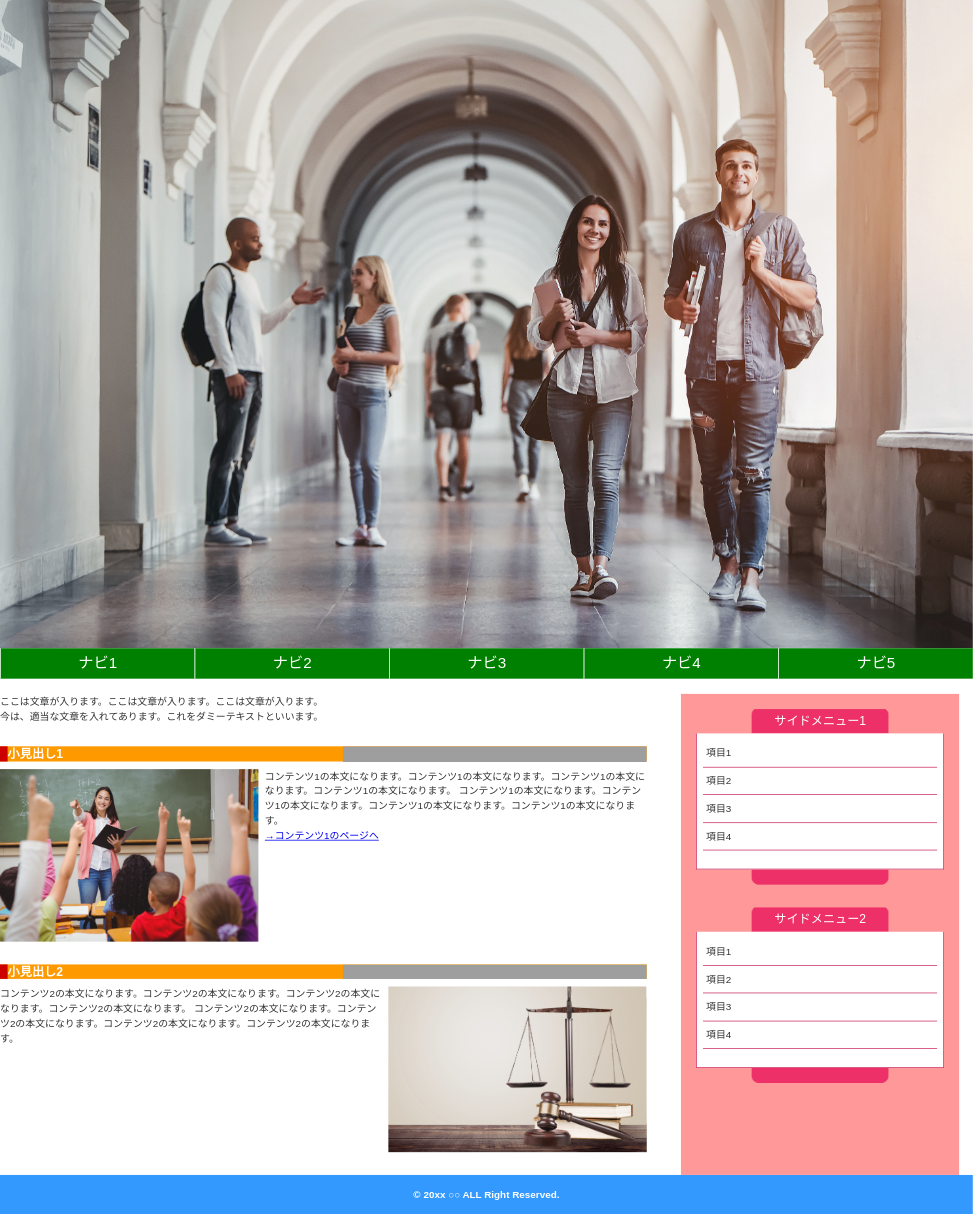
Repository: shirataku0805/samurai_HTML_CSS
Page: samurai/index.html
The author's editor kept a record of every edit. The page is drawn from the files as they stood at one moment, then again after the next edit.
The browser window is 1280 px wide. The pictures show the whole page, at 76% of full size.
Pictures or frames that could not be fetched are drawn as grey boxes.

Above is the page before.

### samurai/index.html
<DOCTYPE html>
<html lang="ja">
  <head>
    <meta charset="UTF-8">
    <title>HTML/CSSの学習</title>
    <link rel="stylesheet" href="stylesheet.css">
  </head>
  <body>
    <div id="header">
      <h1><a href="index.html"><img id="corridor" src="images/corridor.jpg" alt="大学の廊下" /></a></h1>
    </div>
    <div id="wrapper">
      <div id="nav">
        <ul>
          <li><a href="home.html">ナビ1</a></li>
          <li><a href="#">ナビ2</a></li>
          <li><a href="#">ナビ3</a></li>
          <li><a href="#">ナビ4</a></li>
          <li><a href="#">ナビ5</a></li>
        </ul>
      </div>
      <div id="container">
        <div id="main">
          <div class="post">
            <p>ここは文章が入ります。ここは文章が入ります。ここは文章が入ります。<br />今は、適当な文章を入れてあります。これをダミーテキストといいます。</p>
          </div>
          <div class="post clearfix">
            <h2>小見出し1</h2>
            <img class="left" src="images/classroom.jpg" alt="授業風景"/>
            <p>
              コンテンツ1の本文になります。コンテンツ1の本文になります。コンテンツ1の本文になります。コンテンツ1の本文になります。
              コンテンツ1の本文になります。コンテンツ1の本文になります。コンテンツ1の本文になります。コンテンツ1の本文になります。
            </p>
            <p><a href="#">→コンテンツ1のページへ</a></p>
          </div>
        <div class="post clearfix">
          <h2>小見出し2</h2>
          <img class="right" src="images/scale.jpg" alt="天秤" />
          <p>
            コンテンツ2の本文になります。コンテンツ2の本文になります。コンテンツ2の本文になります。コンテンツ2の本文になります。
            コンテンツ2の本文になります。コンテンツ2の本文になります。コンテンツ2の本文になります。コンテンツ2の本文になります。
          </p>
        </div>
      </div>
      <div id="side">
         <div class="box">
          <h2>サイドメニュー1</h2>
          <div class="boxBody">
            <ul>
              <li>項目1</li>
              <li>項目2</li>
              <li>項目3</li>
              <li>項目4</li>
            </ul>
          </div>
        </div>
        <div class="box">
          <h2>サイドメニュー2</h2>
          <div class="boxBody">
            <ul>
              <li>項目1</li>
              <li>項目2</li>
              <li>項目3</li>
              <li>項目4</li>
            </ul>
          </div>
        </div>
      </div>
    </div>
    <div id="footer">
      <p>&copy; 20xx ○○ ALL Right Reserved.</p>
    </div>
  </body>
</html>

### samurai/stylesheet.css
@charset"utf-8";
body{
    margin: 0;
    padding: 0;
    font-family: "ヒラギノ角ゴ Pro W3","HI¥iragino Kaku Gothic Pro","メイリオ",Meiryo,Osaka,"MS Pゴシック","MS PGothic",sans-serif;
    color: #333;
    font-size: 13px;
    line-height: 150%;
}
/*----------wrapper--------------*/
#wrapper{
    width: 100%;
    margin: auto;
    padding: 0px;
    border: 0px;
    background-color:  #FFF;
    top: 10px;
    position: relative;
}
/*---------header----------------*/
#header{
    width:100%;
}
#header h1{
    margin: 0;
    padding: 0;
}
#corridor{
    width: 100%;
    height:auto;
}
/*--------footer-----------------*/
#footer{
    clear: both;
    width: 100%;
    padding: 3px 0 3px 0;
    background: #39F;
    color: #FFF;
    font-weight: bold;
    text-align: center
}
/*----------nav--------------*/
#nav{
    width: 100%;
    margin-top: -11;
}
#nav ul{
    display: flex;
    margin: 0;
    padding: 0;
    list-style-type: none;
}
#nav ul li{
    width: 20%;
    text-align: center;
}
#nav ul li a{
    display: block;
    height: 20px;
    margin: 0;
    padding: 10px;
    color: #FFF;
    font-size:20px;
    text-decoration: none;
    background-color: green;
    border-left: 1px solid white;
}
#nav ul li a:hover {
    filter: drop-shadow(10px 10px 10px black);
}
/*-------------container---------------*/
#container{
    width:100%;
    margin: auto;
    padding: auto;
    padding-top: 20px;
    clear: both;
    display: grid;
    grid-template-columns: 70vw 30vw;
}
/*--------------main----------------------*/
#main {
    width: 95%;
    padding-top: 10px 30px 10px 10px;
}
#main h2 {
    margin: 0 0 10px 0;
    color: #FFF;
    font-size: 16px;
    border-left: solid 10px #C00;
    background: #F90 url(../images/main_h2.jpg) right top repeat-y;
}
#main p {
    margin: 0;
    padding: 0;
}
#main .post {
    margin: 0 0 30px 0;
}
#main .post img.right{
    margin: 0 0 0 8px;
}
#main .post img.left{
    margin: 0 8px 0 0;
}
.right {
    float: right;
    width: 40%;
    height: auto;
}
.left{
    float: left;
    width: 40%;
    height: auto;
}

/*------------------clearfix------------------------------*/
.clearfix {
    zoom: 1;
}
.clearfix:after{
    content: "";
    display: block;
    clear: both;
}
/*--------------------side-----------------------------------*/
#side {
    width: 85%;
    padding: 20px;
    background-color: #F99;
}
#side .box{
    margin: 0 auto 30px auto;
    padding: 0 0 20px 0;
    background:url(images/side_box.png) bottom no-repeat;
}
#side .box h2{
    margin: 0;
    padding: 8px;
    text-align: center;
    color:#fff;
    font-size: 16px;
    line-height: 16px;
    font-weight: normal;
    background:url(images/side_box_h2.png) center no-repeat;
}
#side .box .boxBody {
    padding: 8px;
    border-right: solid 1px #C36;
    border-bottom: solid 1px #C36;
    border-left: solid 1px #C36;
    background:#fff;
}
#side .box .boxBody ul {
    margin: 0 0 16px 0;
    padding: 0;
}
#side .box .boxBody ul li{
    padding: 8px 0 8px 4px;
    list-style: none;
    border-bottom: solid 1px #C36;
}
#side .box .boxBody ul li:hover{
    padding: 8px 0 8px 4px;
    list-style: none;
    border-bottom: solid 1px #C36;
    box-shadow: 0px 4px 4px rgba(0,0,0,0.3)
}

After the next edit:
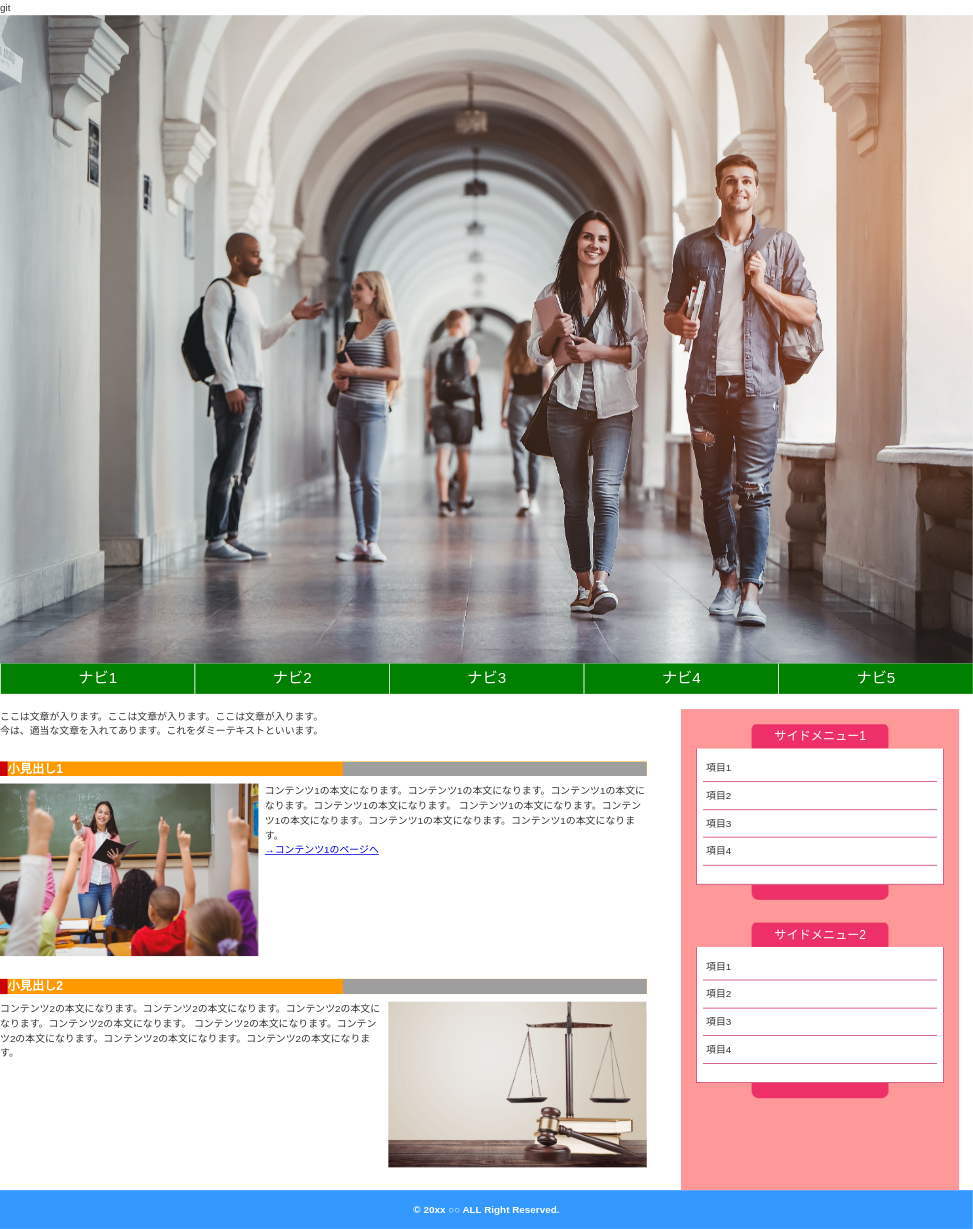
The edit:
--- a/samurai/index.html
+++ b/samurai/index.html
@@ -2,7 +2,7 @@
 <html lang="ja">
   <head>
     <meta charset="UTF-8">
-    <title>HTML/CSSの学習</title>
+    <title>HTML/CSSの学習</title>git
     <link rel="stylesheet" href="stylesheet.css">
   </head>
   <body>
